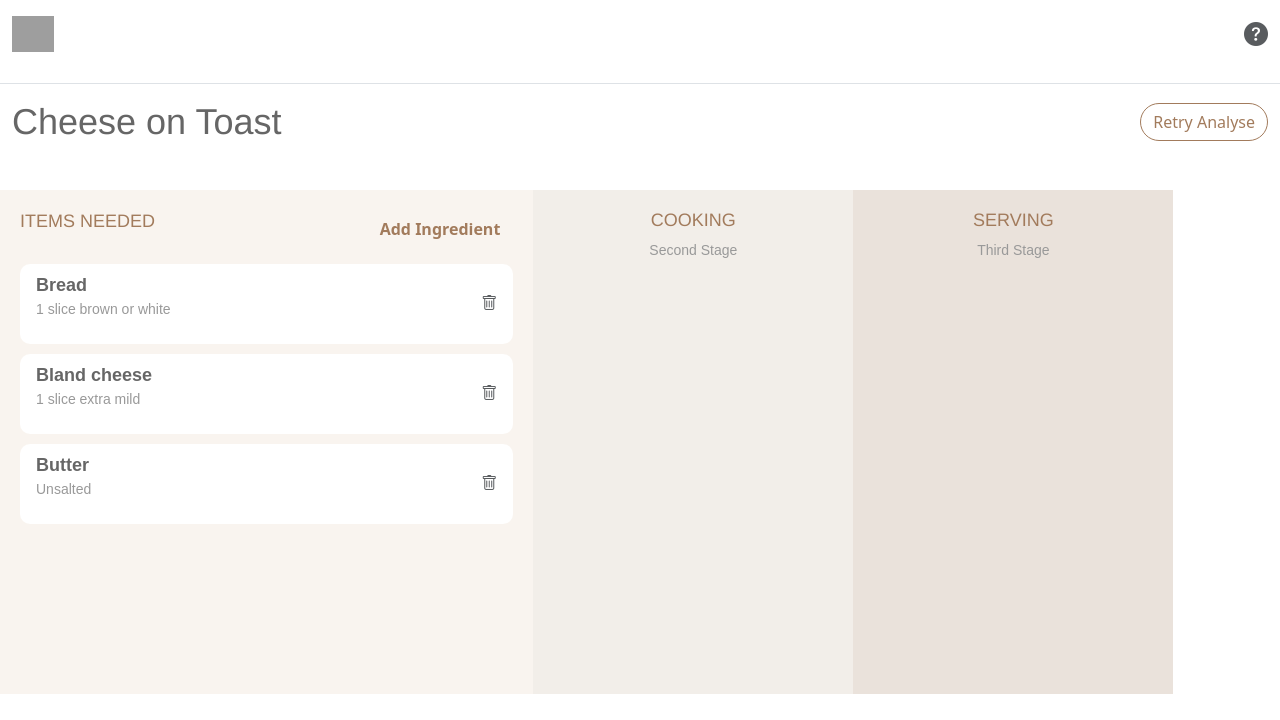
Repository: devashrisamani/SMC
Page: index.html
An editor plug-in stored every save of this project. The page is shown before and after the next save, followed by the edit.
The browser window is 1280 px wide. The pictures show the whole page.
Pictures or frames that could not be fetched are drawn as grey boxes.

Above is the page before, as saved 2024-10-09 15:34:51.

After the next save:
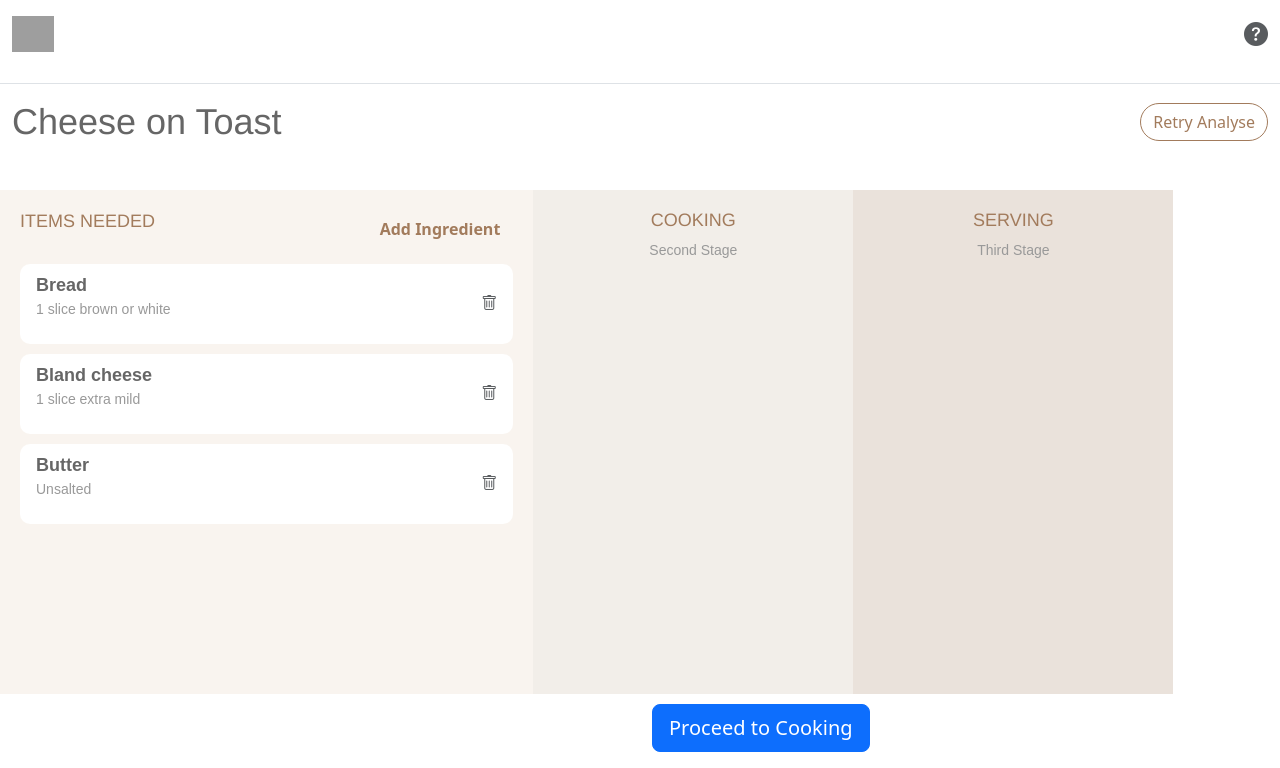
Saved 2 min 6 s later.
--- a/index.html
+++ b/index.html
@@ -98,6 +98,15 @@
           <p>Third Stage</p>
         </div>
       </div>
+
+      <!-- Button spanning both the Cooking and Serving columns -->
+      <div class="row justify-content-end">
+        <div class="col-md-6">
+          <button class="btn btn-primary btn-lg btn-block proceed-btn">
+            Proceed to Cooking
+          </button>
+        </div>
+      </div>
     </section>
 
     <script src="https://cdn.jsdelivr.net/npm/bootstrap@5.3.0-alpha1/dist/js/bootstrap.bundle.min.js"></script>
